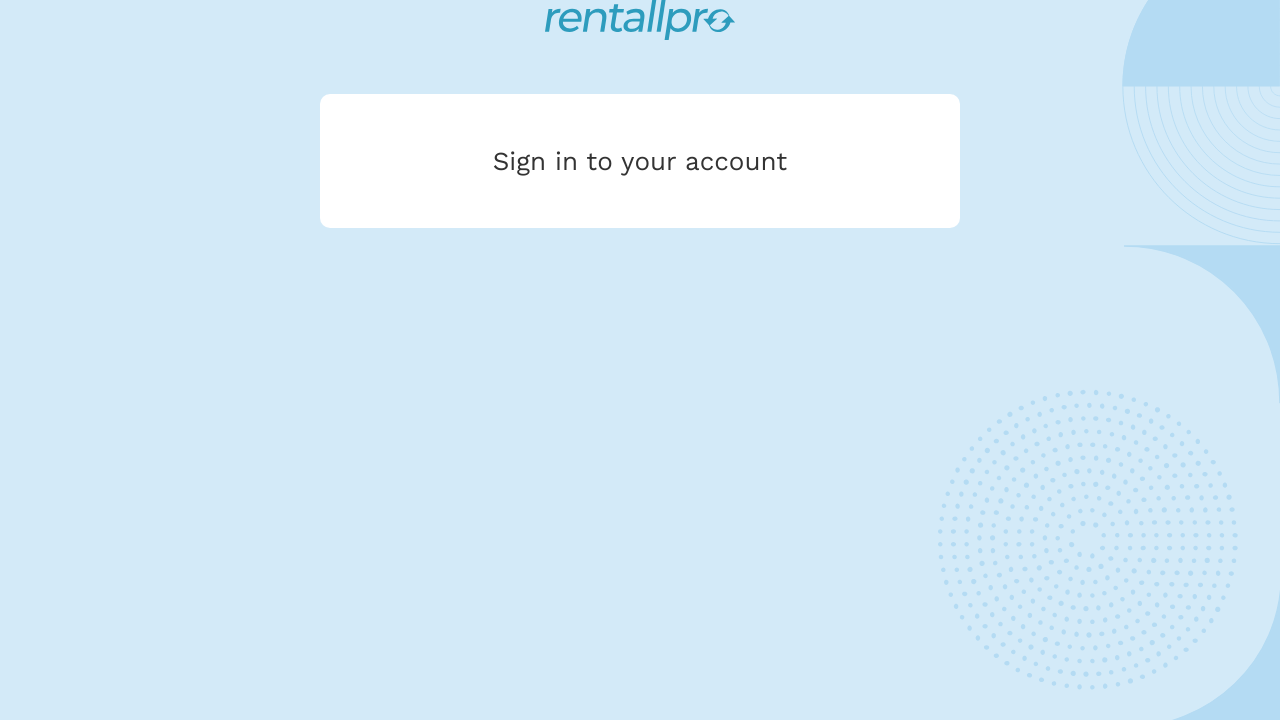
Repository: RentallPro/rentallpro-frontend
Page: /
The author's editor kept a copy of each file at every save. The page is drawn from the files as they stood at one save, then again after the next save.
The browser window is 1280 px wide. The pictures show the whole page.
The project was rebuilt for these pictures with package versions that can differ from the ones it lists, and the page was loaded fresh each time.

Above is the page before, as saved 2020-12-09 10:45:01.

After the next save:
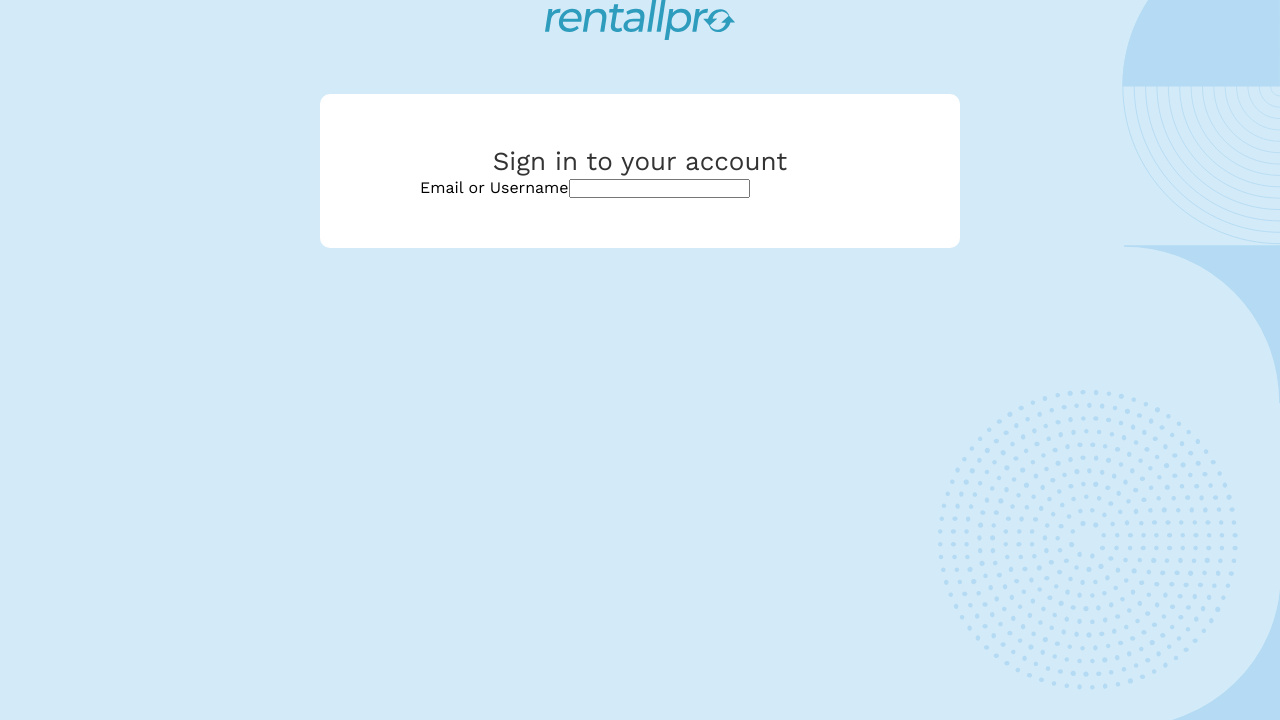
Saved 15 s later.
--- a/src/views/Home/Home.vue
+++ b/src/views/Home/Home.vue
@@ -5,7 +5,8 @@
       <div class="form-wrapper">
         <h3 class="form-title">Sign in to your account</h3>
         <div class="input">
-          <label for=""></label>
+          <label for="Email">Email or Username</label>
+          <input type="text">
         </div>
       </div>
     </div>
